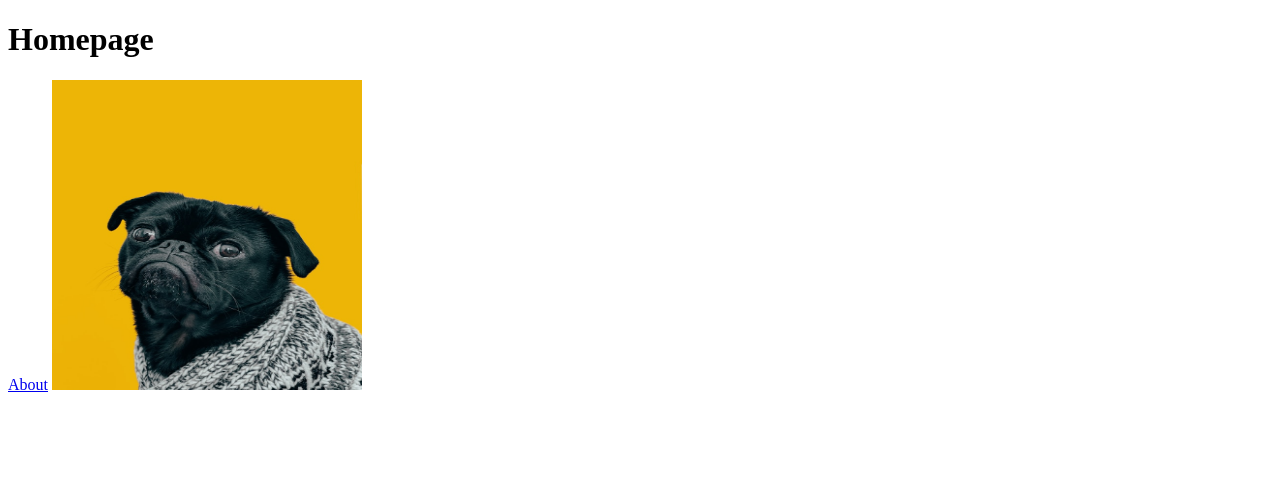
Repository: PamelaUzodimma/first-contributions
Page: odin-links-and-images/index.html
The author's editor kept a copy of each file at every save. The page is drawn from the files as they stood at one save, then again after the next save.
The browser window is 1280 px wide. The pictures show the whole page.

Above is the page before, as saved 2025-05-26 09:58:40.

### odin-links-and-images/index.html
<!DOCTYPE html>
<html lang="en">
<head>
    <meta charset="UTF-8">
    <meta name="viewport" content="width=head, initial-scale=1.0">
    <title>My Links in Odin</title>
</head>
<body>
    <h1>Homepage</h1>

    <a href="https://www.theodinproject.com/about" target="_blank" rel="noopener noreferrer"About the Odin Project <a/>

    <a href="./pages/about.html">About</a>

    <img src="images/dog.jpg.jpg" alt="Charles the dog" height="310" width="310">
</body>
</html>

After the next save:
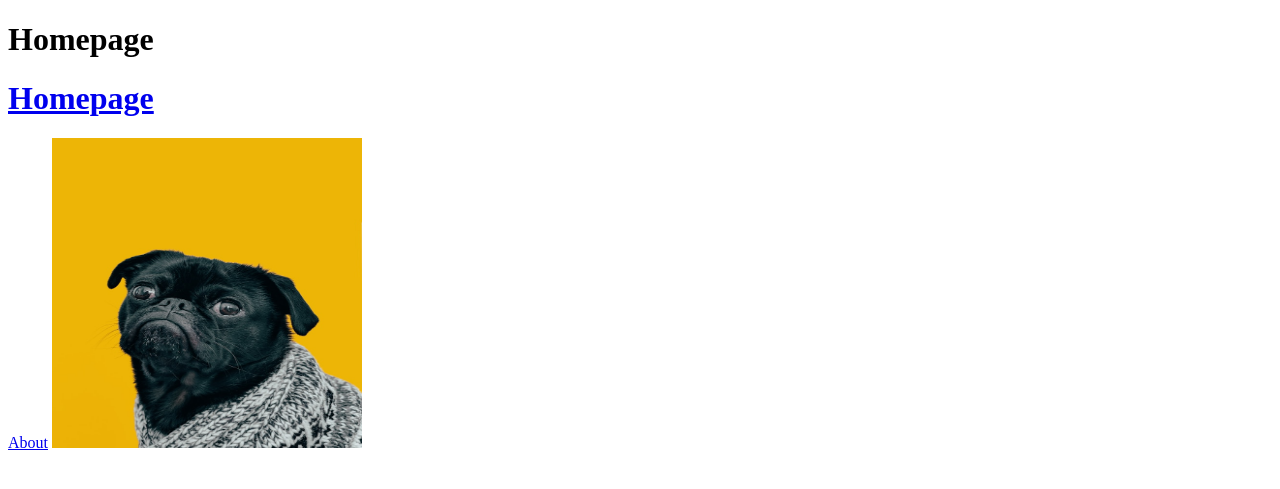
Saved 28 min 2 s later.
--- a/odin-links-and-images/index.html
+++ b/odin-links-and-images/index.html
@@ -10,7 +10,10 @@
 
     <a href="https://www.theodinproject.com/about" target="_blank" rel="noopener noreferrer"About the Odin Project <a/>
 
-    <a href="./pages/about.html">About</a>
+    <body>
+        <h1>Homepage</h1>
+        <a href="pages/about.html">About</a>
+      </body>
 
     <img src="images/dog.jpg.jpg" alt="Charles the dog" height="310" width="310">
 </body>

After the save that followed:
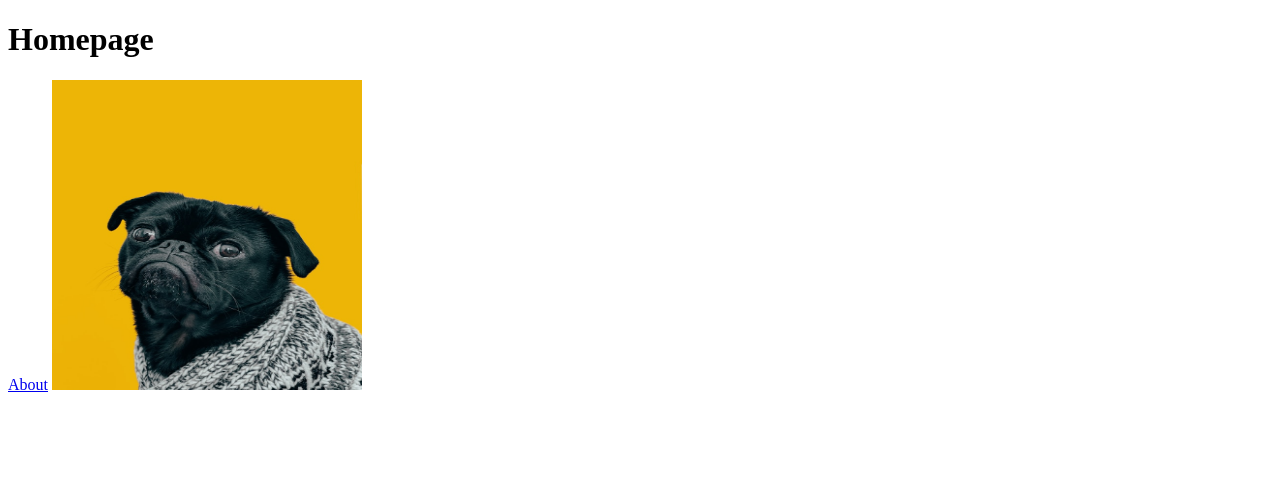
Saved 8 min 52 s later.
--- a/odin-links-and-images/index.html
+++ b/odin-links-and-images/index.html
@@ -11,7 +11,7 @@
     <a href="https://www.theodinproject.com/about" target="_blank" rel="noopener noreferrer"About the Odin Project <a/>
 
     <body>
-        <h1>Homepage</h1>
+
         <a href="pages/about.html">About</a>
       </body>
 
